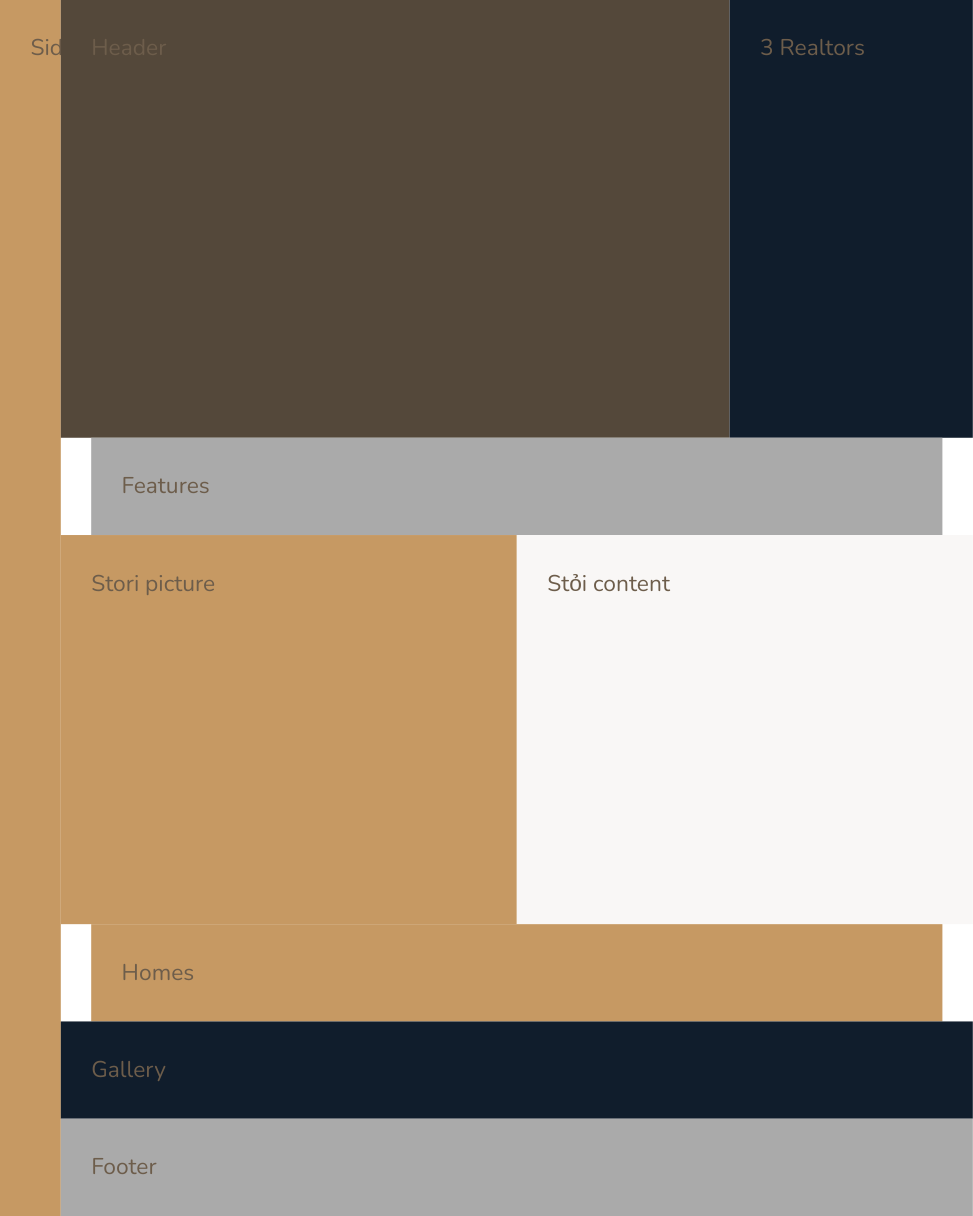
Repository: m2pd/your-home
Page: index.html
An editor plug-in stored every save of this project. The page is shown before and after the next save, followed by the edit.
The browser window is 1280 px wide. The pictures show the whole page, at 76% of full size.
The style sheet was rebuilt from its Sass, Less or Tailwind sources for each picture, by a compiler version that may differ from the author's.

Above is the page before, as saved 2020-02-27 08:17:02.

### index.html
<!DOCTYPE html>
<html lang="en">
    <head>
        <meta charset="UTF-8">
        <meta name="viewport" content="width=device-width, initial-scale=1.0">
        <meta http-equiv="X-UA-Compatible" content="ie=edge">

        <link href="https://fonts.googleapis.com/css?family=Josefin+Sans:300,400,400i|Nunito:300,300i" rel="stylesheet">
        <link rel="stylesheet" href="css/style.css">
        <link rel="shortcut icon" type="image/png" href="img/favicon.png">

        <title>nexter &mdash; your home, your freedom</title>
    </head>
    <body class="container">

        <div class="sidebar">
            Sidebar
        </div>

        <header class="header">
            Header
        </header>

        <div class="realtors">
            3 Realtors
        </div>

        <div class="features">
            Features
        </div>

        <div class="story__pictures">
            Stori picture
        </div>

        <div class="story__content">
            Stỏi content
        </div>

        <section class="homes">
            Homes
        </section>

        <section class="gallery">
            Gallery
        </section>

        <footer class="footer">
            Footer
        </footer>

    </body>
</html>

### sass/_base.scss
// COLOR VARIABLES
$color-primary: #c69963;
$color-primary-dark: #B28451;

$color-secondary: #101d2c;

$color-grey-light-1: #f9f7f6;
$color-grey-light-2: #aaa;

$color-grey-dark-1: #54483A;
$color-grey-dark-2: #6D5D4B;

// FONT VARIABLES
$font-primary: 'Nunito', sans-serif;
$font-display: 'Josefin Sans', sans-serif;


*,
*::before,
*::after{
    margin:0;
    padding:0;
    box-sizing: inherit;
}

html{
    font-size:62.5%;
    box-sizing: border-box;
}

body{
    font-family: $font-primary;
    color: $color-grey-dark-2;
    font-weight: 300;
    line-height: 1.6;
}

.container{
    display: grid;
    grid-template-rows: 80vh min-content 40vw repeat(3, min-content);
    grid-template-columns:[sidebar-start] 8rem [sidebar-end full-start] 1fr [center-start] repeat(8, [col-start] minmax(min-content, 14rem) [col-end]) [center-end] 1fr [full-end];

    & > *{
        font-size: 3rem;
        padding: 4rem;
    }
}

### sass/_features.scss
.features{
    background-color: $color-grey-light-2;
    grid-column: center-start /  center-end;
}

### sass/_story.scss
.story{
    &__pictures{
        background-color: $color-primary;
        grid-column: full-start / col-end 4;
    }

    &__content{
        background-color: $color-grey-light-1;
        grid-column: col-start 5 / full-end;
    }
}

### sass/_homes.scss
.homes{
    background-color: $color-primary;
    grid-column: center-start / center-end;
}

### sass/_gallery.scss
.gallery{
    background-color: $color-secondary;
    grid-column: full-start / full-end;
}

### sass/_footer.scss
.footer{
    background-color: $color-grey-light-2;
    grid-column: full-start / full-end;
}

Loaded but not shown: sass/main.scss (common file); sass/_sidebar.scss (common file); sass/_header.scss (common file); sass/_realtors.scss (common file); sass/_typography.scss (no stored copy; drawn as an empty file)

After the next save:
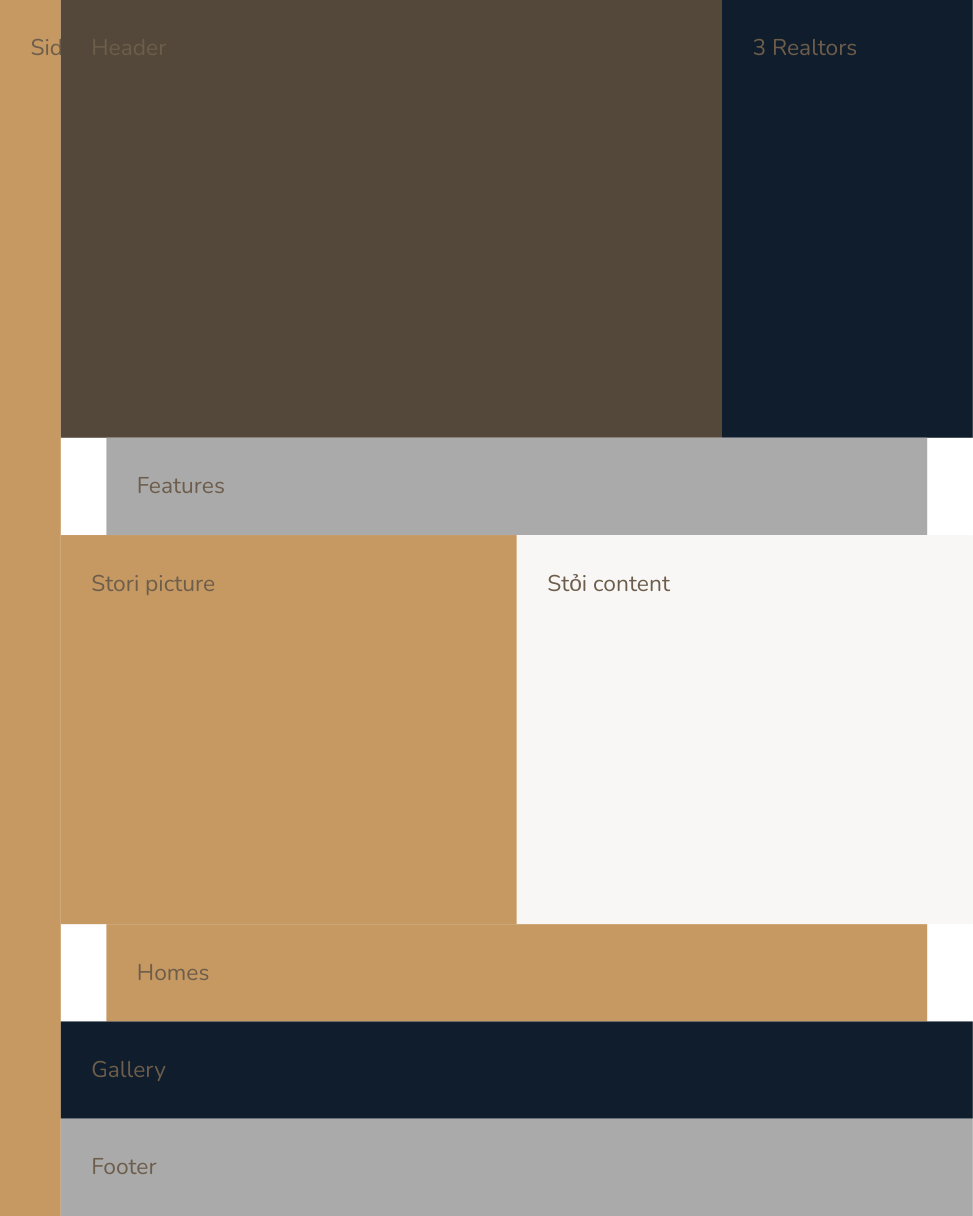
Saved 32 min 18 s later.
--- a/sass/_base.scss
+++ b/sass/_base.scss
@@ -38,7 +38,7 @@
 .container{
     display: grid;
     grid-template-rows: 80vh min-content 40vw repeat(3, min-content);
-    grid-template-columns:[sidebar-start] 8rem [sidebar-end full-start] 1fr [center-start] repeat(8, [col-start] minmax(min-content, 14rem) [col-end]) [center-end] 1fr [full-end];
+    grid-template-columns:[sidebar-start] 8rem [sidebar-end full-start] minmax(6rem, 1fr) [center-start] repeat(8, [col-start] minmax(min-content, 14rem) [col-end]) [center-end] minmax(6rem, 1fr) [full-end];
 
     & > *{
         font-size: 3rem;
